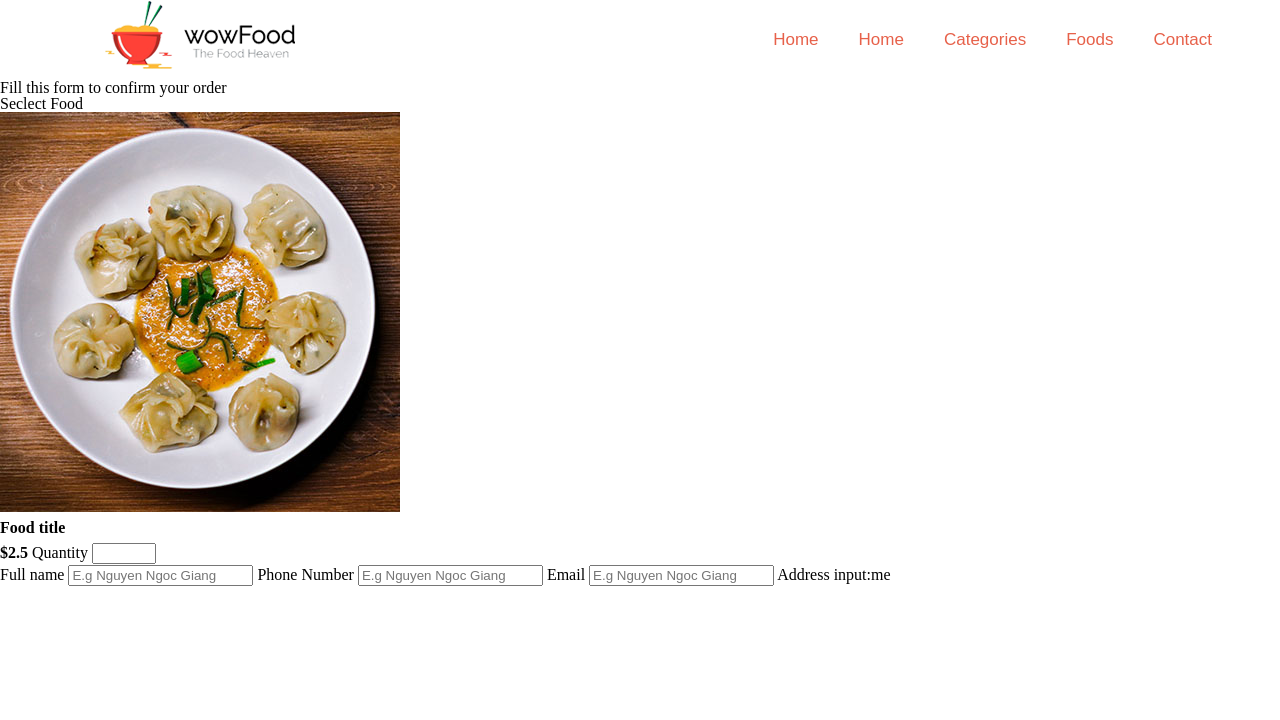
Repository: ruaruababa/WowFood
Page: order.html
These files come from the project's save history. The page is drawn as it stood at one moment and after a run of saves; the edit follows.
The browser window is 1280 px wide. The pictures show the whole page.

Above is the page before, as saved 2021-09-19 21:46:55.

After the next 2 saves:
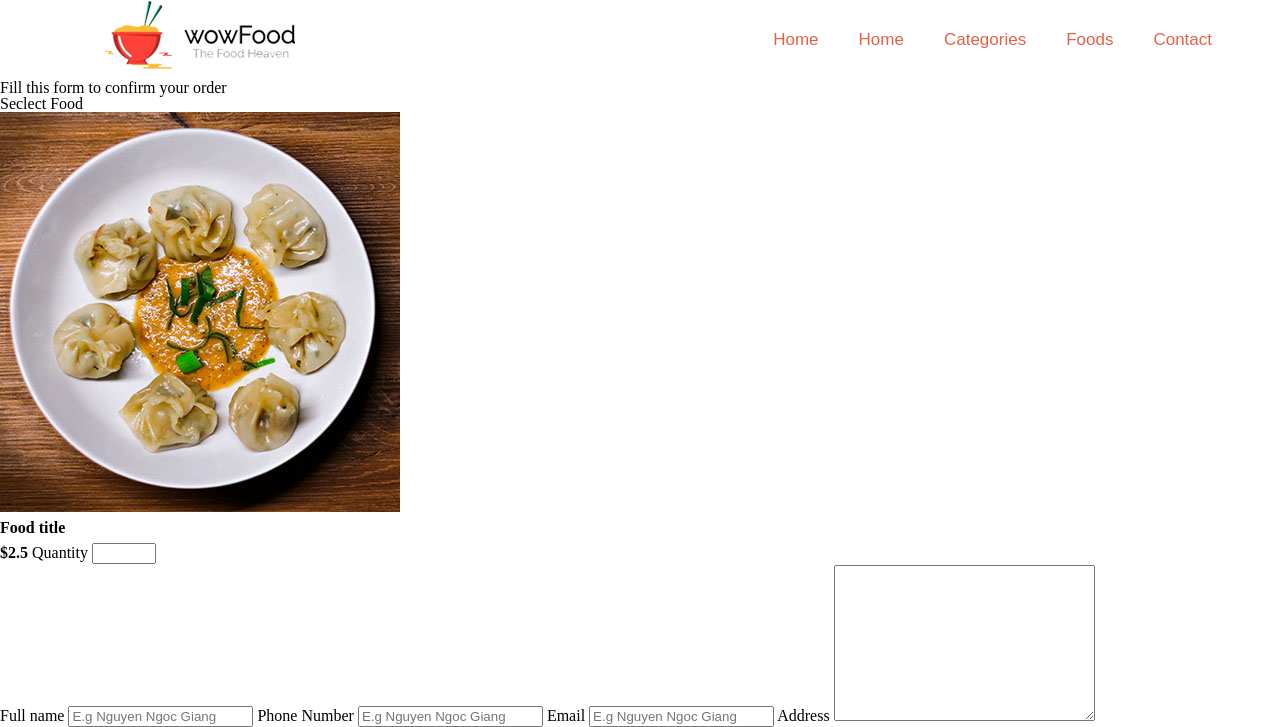
The 2 saves are shown as one change because they came seconds apart.
The last was saved 32 s later.
--- a/order.html
+++ b/order.html
@@ -51,7 +51,7 @@
                     <lable class="email">Email</lable>
                     <input type="text" placeholder="E.g Nguyen Ngoc Giang">
                     <lable class="Address">Address</lable>
-                    input:me
+                    <textarea name="" id="" cols="30" rows="10"></textarea>
 
 
                 </div>
